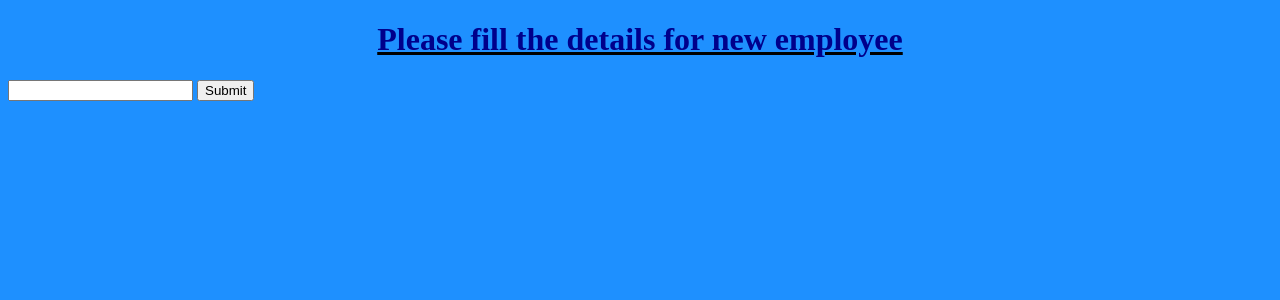
Repository: kimchiLover/BackupProjectsOnPC
Page: eclipse-oauth/ManageEmpApp/WebContent/addEmployee.html
An editor plug-in stored every save of this project. The page is shown before and after the next save, followed by the edit.
The browser window is 1280 px wide. The pictures show the whole page.

Above is the page before, as saved 2019-07-18 10:12:16.

### eclipse-oauth/ManageEmpApp/WebContent/addEmployee.html
<!DOCTYPE html>
<html>
<head>
<meta charset="UTF-8">
<title>Paytm Emp Portal</title>
</head>
<body style="background-color:DodgerBlue;">

<center>
<u><h1 style="color:DarkBlue;">Please fill the details for new employee</h1></u>
</center>

<form action="add">
  <input type="text" name="empid">
  <input type="submit" value="Submit">
</form>

</body>
</html>

After the next save:
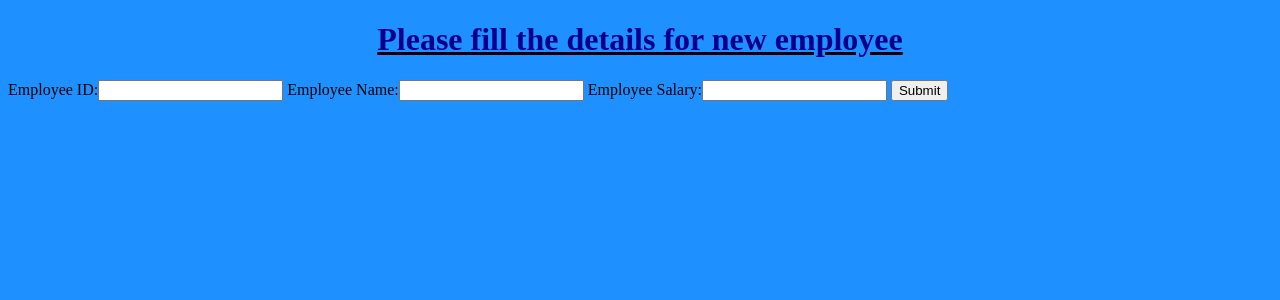
Saved 110 s later.
--- a/eclipse-oauth/ManageEmpApp/WebContent/addEmployee.html
+++ b/eclipse-oauth/ManageEmpApp/WebContent/addEmployee.html
@@ -11,7 +11,9 @@
 </center>
 
 <form action="add">
-  <input type="text" name="empid">
+  Employee ID:<input type="text" name="id">
+  Employee Name:<input type="text" name="name">
+  Employee Salary:<input type="text" name="salary">
   <input type="submit" value="Submit">
 </form>
 
